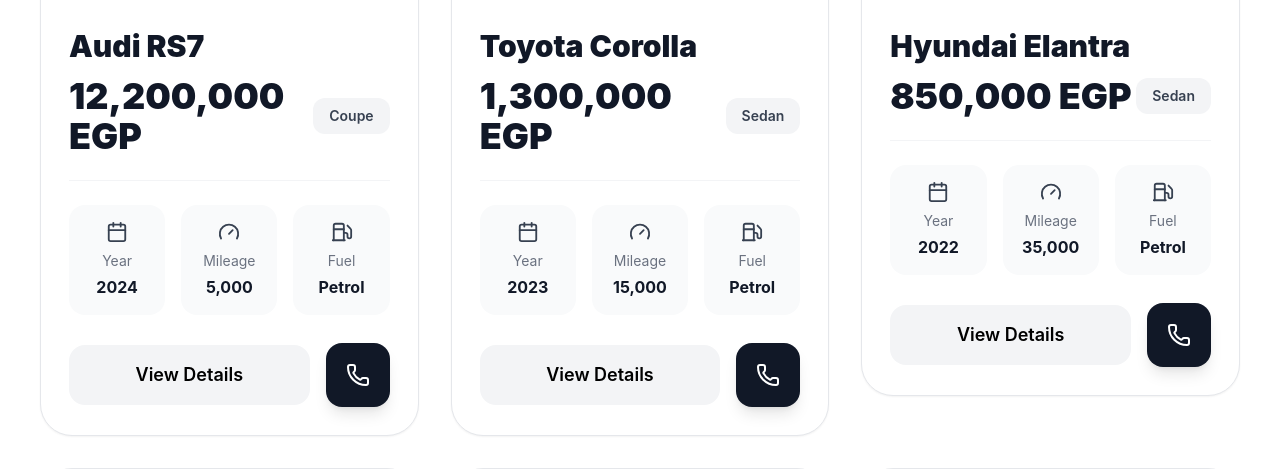
Repository: Hazem-Amr/Car-Price-Prediction
Page: / (app in frontend/)
An editor plug-in stored every save of this project. The page is shown before and after the next save, followed by the edit.
The browser window is 1280 px wide. The pictures show the part of the page from y = 2647 to 3116 px (the page is 7592 px tall).
Pictures or frames that could not be fetched are drawn as grey boxes. The project was rebuilt for these pictures with package versions that can differ from the ones it lists, and the page was loaded fresh each time. Also part of the build but not shown: frontend/vite.config.js, frontend/src/components/PricePredictorSection.jsx, frontend/src/data/userListings.js, frontend/src/components/CarsFilter.jsx, frontend/src/pages/Cars.jsx, frontend/src/pages/CarDetails.jsx, frontend/src/pages/Brands.jsx, frontend/src/pages/About.jsx and 5 more.

Above is the page before, as saved 2026-05-27 23:29:51.

### frontend/index.html
<!doctype html>
<html lang="en">
  <head>
    <meta charset="UTF-8" />
    <link rel="icon" type="image/svg+xml" href="/favicon.svg" />
    <meta name="viewport" content="width=device-width, initial-scale=1.0" />
    <title>Tara</title>
  </head>
  <body>
    <div id="root"></div>
    <script type="module" src="/src/main.jsx"></script>
  </body>
</html>

### frontend/src/App.jsx
import React from "react";
import { Routes, Route } from "react-router-dom";
import MainLayout from "./layouts/MainLayout";
import Home from "./pages/Home";
import Cars from "./pages/Cars";
import CarDetails from "./pages/CarDetails";
import Brands from "./pages/Brands";
import About from "./pages/About";
import Contact from "./pages/Contact";
import PricePredictor from "./pages/PricePredictor";
import SellCar from "./pages/SellCar";

export default function App() {
  return (
    <Routes>
      <Route path="/" element={<MainLayout />}>
        <Route index element={<Home />} />
        <Route path="/cars" element={<Cars />} />
        <Route path="/cars/:id" element={<CarDetails />} />
        <Route path="/brands" element={<Brands />} />
        <Route path="/price-predictor" element={<PricePredictor />} />
        <Route path="/sell-car" element={<SellCar />} />
        <Route path="/about" element={<About />} />
        <Route path="/contact" element={<Contact />} />
      </Route>
    </Routes>
  );
}

### frontend/src/index.css
@tailwind base;
@tailwind components;
@tailwind utilities;

html,
body,
#root {
  width: 100%;
  min-height: 100%;
  margin: 0;
  padding: 0;
  overflow-x: hidden;
}

body {
  font-family: Inter, sans-serif;
  background: #ffffff;
}

* {
  box-sizing: border-box;
}

### frontend/src/layouts/MainLayout.jsx
import React from "react";
import { Outlet } from "react-router-dom";
import Navbar from "../components/Navbar";
import Footer from "../components/Footer";

export default function MainLayout() {
  return (
    <div className="w-full min-h-screen bg-white overflow-x-hidden">
      <Navbar />

      <main className="w-full">
        <Outlet />
      </main>

      <Footer />
    </div>
  );
}

### frontend/src/pages/Home.jsx
import Hero from "../components/Hero";
import SearchBar from "../components/SearchBar";
import FeaturedCars from "../components/FeaturedCars";
import BrandGrid from "../components/BrandGrid";
import StatsSection from "../components/StatsSection";
import CTASection from "../components/CTASection";
import PricePredictor from "../components/PricePredictorSection";
import BrowseCategories from "../components/BrowseCategories";

export default function Home() {
  return (
    <>
      <Hero />
      <SearchBar />
      <BrowseCategories />
      <FeaturedCars />
      <BrandGrid />
      <StatsSection />
      <CTASection />
    </>
  );
}

### frontend/src/components/Navbar.jsx
import React, { useState } from "react";
import { Link, NavLink } from "react-router-dom";
import { Menu, X } from "lucide-react";
import logo from "../assets/logo.png";

const navLinks = [
  {
    name: "Home",
    path: "/",
  },

  {
    name: "Cars",
    path: "/cars",
  },

  {
    name: "Brands",
    path: "/brands",
  },

  {
    name: "AI Pricing",
    path: "/price-predictor",
  },

  {
    name: "About",
    path: "/about",
  },

  {
    name: "Contact",
    path: "/contact",
  },
];

export default function Navbar() {
  const [isOpen, setIsOpen] = useState(false);

  return (
    <header className="fixed top-0 left-0 w-full z-50 bg-white/90 backdrop-blur-xl border-b border-gray-100">
      <div className="max-w-[1400px] mx-auto px-6 md:px-10">
        <div className="flex items-center justify-between h-24">
          {/* Logo */}
          <Link to="/" className="flex items-center">
            <img src={logo} alt="Tara Logo" className="h-14 object-contain" />
          </Link>

          {/* Desktop Nav */}
          <nav className="hidden lg:flex items-center gap-10">
            {navLinks.map((link) => (
              <NavLink
                key={link.name}
                to={link.path}
                className={({ isActive }) =>
                  `text-lg font-semibold transition-all duration-300 ${
                    isActive
                      ? "text-gray-900"
                      : "text-gray-500 hover:text-gray-900"
                  }`
                }
              >
                {link.name}
              </NavLink>
            ))}

            {/* CTA */}
            <Link to="/sell-car">
              <button className="bg-gray-900 hover:bg-black text-white px-7 py-3 rounded-2xl font-semibold transition-all duration-300 shadow-lg">
                Sell Your Car
              </button>
            </Link>
          </nav>

          {/* Mobile Menu Button */}
          <button
            onClick={() => setIsOpen(!isOpen)}
            className="lg:hidden w-12 h-12 rounded-2xl bg-gray-100 flex items-center justify-center"
          >
            {isOpen ? (
              <X size={26} className="text-gray-900" />
            ) : (
              <Menu size={26} className="text-gray-900" />
            )}
          </button>
        </div>
      </div>

      {/* Mobile Menu */}
      {isOpen && (
        <div className="lg:hidden bg-white border-t border-gray-100 shadow-xl">
          <div className="px-6 py-8 flex flex-col gap-5">
            {navLinks.map((link) => (
              <NavLink
                key={link.name}
                to={link.path}
                onClick={() => setIsOpen(false)}
                className={({ isActive }) =>
                  `text-lg font-semibold transition ${
                    isActive
                      ? "text-gray-900"
                      : "text-gray-500 hover:text-gray-900"
                  }`
                }
              >
                {link.name}
              </NavLink>
            ))}

            {/* Mobile CTA */}
            <Link to="/sell-car" onClick={() => setIsOpen(false)}>
              <button className="mt-4 w-full bg-gray-900 hover:bg-black text-white h-14 rounded-2xl font-semibold transition">
                Sell Your Car
              </button>
            </Link>
          </div>
        </div>
      )}
    </header>
  );
}

### frontend/src/components/Hero.jsx
import React from "react";
import { Link } from "react-router-dom";

export default function Hero() {
  return (
    <section className="w-full bg-[#f5f5f7] py-24 overflow-hidden">
      <div className="max-w-[1400px] mx-auto px-6 md:px-10 grid lg:grid-cols-2 gap-16 items-center">
        <div>
          <h1 className="text-6xl font-black leading-tight text-gray-900 mb-8">
            Find Your
            <br />
            Perfect Car
          </h1>

          <p className="text-xl text-gray-600 leading-9 mb-10">
            Buy and sell used cars easily with a modern marketplace experience.
          </p>

          <Link to="/cars">
            <button className="bg-[#111827] hover:bg-black text-white px-8 py-5 rounded-2xl text-lg font-semibold transition-all duration-300 shadow-lg">
              Browse Cars
            </button>
          </Link>
        </div>

        <div>
          <img
            src="https://images.unsplash.com/photo-1492144534655-ae79c964c9d7"
            alt="car"
            className="w-full h-[500px] object-cover rounded-[40px] shadow-2xl"
          />
        </div>
      </div>
    </section>
  );
}

### frontend/src/components/SearchBar.jsx
import React, { useState } from "react";
import { Search } from "lucide-react";
import { useNavigate } from "react-router-dom";

import { cars } from "../data/cars";

export default function SearchBar() {
  const [search, setSearch] = useState("");
  const [brand, setBrand] = useState("");

  const navigate = useNavigate();

  // Dynamic Brands From cars.js
  const brands = [...new Set(cars.map((car) => car.name.split(" ")[0]))];

  // Handle Search
  const handleSearch = () => {
    navigate(
      `/cars?search=${encodeURIComponent(
        search,
      )}&brand=${encodeURIComponent(brand)}`,
    );
  };

  return (
    <section className="relative -mt-16 z-20">
      <div className="max-w-[1200px] mx-auto px-6">
        {/* Container */}
        <div className="bg-white rounded-[32px] shadow-2xl border border-gray-100 p-6 md:p-8">
          {/* Search Grid */}
          <div className="grid grid-cols-1 md:grid-cols-4 gap-5 items-center">
            {/* Search Input */}
            <div className="md:col-span-2">
              <input
                type="text"
                placeholder="Search cars..."
                value={search}
                onChange={(e) => setSearch(e.target.value)}
                onKeyDown={(e) => e.key === "Enter" && handleSearch()}
                className="w-full h-16 rounded-2xl border border-gray-200 px-6 text-lg outline-none focus:border-gray-900 transition"
              />
            </div>

            {/* Dynamic Brand Select */}
            <select
              value={brand}
              onChange={(e) => setBrand(e.target.value)}
              className="h-16 rounded-2xl border border-gray-200 px-5 text-lg outline-none focus:border-gray-900 transition bg-white"
            >
              <option value="">Brand</option>

              {brands.map((brandName) => (
                <option key={brandName} value={brandName}>
                  {brandName}
                </option>
              ))}
            </select>

            {/* Search Button */}
            <button
              onClick={handleSearch}
              className="h-16 rounded-2xl bg-gray-900 hover:bg-black transition text-white font-semibold text-lg flex items-center justify-center gap-3 shadow-lg"
            >
              <Search size={22} />
              Search
            </button>
          </div>

          {/* Bottom Filters */}
          <div className="flex flex-wrap items-center gap-4 mt-6">
            <button
              onClick={() => navigate("/cars?search=suv")}
              className="px-5 py-2 rounded-full bg-gray-100 hover:bg-gray-900 hover:text-white transition font-medium"
            >
              SUV
            </button>

            <button
              onClick={() => navigate("/cars?search=sedan")}
              className="px-5 py-2 rounded-full bg-gray-100 hover:bg-gray-900 hover:text-white transition font-medium"
            >
              Sedan
            </button>

            <button
              onClick={() => navigate("/cars?search=automatic")}
              className="px-5 py-2 rounded-full bg-gray-100 hover:bg-gray-900 hover:text-white transition font-medium"
            >
              Automatic
            </button>

            <button
              onClick={() => navigate("/cars")}
              className="px-5 py-2 rounded-full bg-gray-100 hover:bg-gray-900 hover:text-white transition font-medium"
            >
              Used Cars
            </button>
          </div>
        </div>
      </div>
    </section>
  );
}

### frontend/src/components/FeaturedCars.jsx
import React, { useState } from "react";
import { Link } from "react-router-dom";
import CarCard from "./CarCard";
import { cars } from "../data/cars";

const tabs = [
  {
    id: "all",
    label: "Featured Cars",
  },

  {
    id: "latest",
    label: "Latest Listings",
  },

  {
    id: "luxury",
    label: "Luxury Cars",
  },

  {
    id: "budget",
    label: "Budget Cars",
  },
];

export default function FeaturedCars() {
  const [activeTab, setActiveTab] = useState("all");

  const filteredCars =
    activeTab === "all"
      ? cars
      : cars.filter((car) => car.category === activeTab);

  return (
    <section className="py-24 bg-white">
      <div className="max-w-[1400px] mx-auto px-6 md:px-10">
        {/* Header */}
        <div className="flex flex-col lg:flex-row lg:items-center lg:justify-between gap-8 mb-14">
          {/* Title */}
          <div>
            <h2 className="text-5xl font-black text-gray-900 mb-4">
              Explore Cars
            </h2>

            <p className="text-xl text-gray-500">
              Discover premium listings tailored for you
            </p>
          </div>

          {/* Tabs */}
          <div className="flex flex-wrap gap-4">
            {tabs.map((tab) => (
              <button
                key={tab.id}
                onClick={() => setActiveTab(tab.id)}
                className={`px-6 py-3 rounded-2xl font-semibold transition-all duration-300 ${
                  activeTab === tab.id
                    ? "bg-gray-900 text-white shadow-lg"
                    : "bg-gray-100 text-gray-700 hover:bg-gray-100 hover:text-gray-900"
                }`}
              >
                {tab.label}
              </button>
            ))}
          </div>
        </div>

        {/* Cars Grid */}
        <div className="grid grid-cols-1 md:grid-cols-2 xl:grid-cols-3 gap-8">
          {filteredCars.map((car) => (
            <div
              key={car.id}
              className="hover:-translate-y-2 transition duration-300"
            >
              <CarCard car={car} />
            </div>
          ))}
        </div>

        {/* Bottom CTA */}
        <div className="flex justify-center mt-16">
          <Link to="/cars">
            <button className="bg-gray-100 hover:bg-gray-900 hover:text-white transition-all duration-300 px-8 py-4 rounded-2xl font-semibold text-lg">
              View All Cars
            </button>
          </Link>
        </div>
      </div>
    </section>
  );
}

### frontend/src/components/StatsSection.jsx
import React from "react";
import { Car, Users, BadgeCheck, Headphones } from "lucide-react";

const stats = [
  {
    value: "25K+",
    label: "Cars Listed",
    icon: Car,
  },
  {
    value: "10K+",
    label: "Happy Clients",
    icon: Users,
  },
  {
    value: "120+",
    label: "Brands",
    icon: BadgeCheck,
  },
  {
    value: "24/7",
    label: "Support",
    icon: Headphones,
  },
];

export default function StatsSection() {
  return (
    <section className="py-24 bg-[#f5f5f7]">
      <div className="max-w-[1400px] mx-auto px-6 md:px-10">
        {/* Header */}
        <div className="text-center mb-16">
          <h2 className="text-5xl font-black text-gray-900 mb-5">
            Trusted By Thousands
          </h2>

          <p className="text-xl text-gray-500">
            Egypt's leading car marketplace platform
          </p>
        </div>

        {/* Stats */}
        <div className="grid grid-cols-1 sm:grid-cols-2 lg:grid-cols-4 gap-8">
          {stats.map((item) => {
            const Icon = item.icon;

            return (
              <div
                key={item.label}
                className="bg-white rounded-3xl p-10 shadow-sm border border-gray-100 hover:shadow-2xl hover:-translate-y-2 transition-all duration-300"
              >
                {/* Icon */}
                <div className="w-16 h-16 rounded-2xl bg-gray-100 flex items-center justify-center mb-8">
                  <Icon size={32} className="text-gray-900" />
                </div>

                {/* Number */}
                <h3 className="text-5xl font-black text-gray-900 mb-4">
                  {item.value}
                </h3>

                {/* Label */}
                <p className="text-gray-500 text-lg">{item.label}</p>
              </div>
            );
          })}
        </div>
      </div>
    </section>
  );
}

### frontend/src/components/CTASection.jsx
import React from "react";
import { Link } from "react-router-dom";
import ctaCar from "../assets/cta-car.png";

export default function CTASection() {
  return (
    <section className="py-24 bg-white overflow-hidden">
      <div className="max-w-[1400px] mx-auto px-6 md:px-10">
        {/* CTA Card */}
        <div className="relative overflow-hidden rounded-[40px] bg-gradient-to-br from-[#0f172a] via-[#111827] to-[#1e293b] px-10 py-20 md:px-20">
          {/* Background Glow */}
          <div className="absolute top-0 right-0 w-[500px] h-[500px] bg-blue-500/10 rounded-full blur-3xl"></div>

          {/* Grid */}
          <div className="relative z-10 grid lg:grid-cols-2 gap-10 items-center">
            {/* LEFT CONTENT */}
            <div>
              {/* Badge */}
              <div className="inline-flex items-center gap-2 bg-white/10 backdrop-blur px-5 py-2 rounded-full text-white text-sm font-medium mb-8">
                Premium Marketplace
              </div>

              {/* Heading */}
              <h2 className="text-5xl md:text-6xl font-black text-white leading-tight mb-8">
                Ready To Find
                <br />
                Your Dream Car?
              </h2>

              {/* Text */}
              <p className="text-xl text-gray-300 leading-9 mb-12 max-w-2xl">
                Browse thousands of verified premium listings from trusted
                dealers across Egypt.
              </p>

              {/* Buttons */}
              <div className="flex flex-wrap gap-5">
                {/* Explore Cars */}
                <Link to="/cars">
                  <button className="bg-white text-gray-900 hover:bg-gray-200 transition-all duration-300 px-8 py-5 rounded-2xl text-lg font-semibold shadow-xl">
                    Explore Cars
                  </button>
                </Link>

                {/* Sell Your Car */}
                <Link to="/sell-car">
                  <button className="bg-white/10 hover:bg-white hover:text-gray-900 text-white transition-all duration-300 px-8 py-5 rounded-2xl text-lg font-semibold backdrop-blur border border-white/10">
                    Sell Your Car
                  </button>
                </Link>
              </div>
            </div>

            {/* RIGHT SIDE */}
            <div className="relative hidden lg:flex items-center justify-center">
              {/* Large Glow */}
              <div className="absolute w-[500px] h-[500px] bg-blue-500/20 blur-3xl rounded-full"></div>

              {/* Car PNG */}
              <img
                src={ctaCar}
                alt="Luxury Car"
                className="relative z-10 w-[720px] object-contain drop-shadow-[0_40px_80px_rgba(0,0,0,0.55)] hover:scale-105 transition duration-700"
              />

              {/* Floating Card */}
              <div className="absolute bottom-10 left-0 bg-white rounded-3xl px-6 py-5 shadow-2xl z-20">
                <p className="text-gray-500 text-sm mb-1">Premium Listings</p>

                <h3 className="text-4xl font-black text-gray-900">25K+</h3>
              </div>

              {/* Floating Badge */}
              <div className="absolute top-16 right-10 bg-white/10 backdrop-blur border border-white/10 text-white px-5 py-3 rounded-2xl z-20">
                Verified Dealers
              </div>
            </div>
          </div>
        </div>
      </div>
    </section>
  );
}

### frontend/src/data/cars.js
export const cars = [
  {
    id: 1,
    name: "BMW X5 2024",
    price: "6,850,000 EGP",
    image:
      "https://media.ed.edmunds-media.com/bmw/x5/2024/oem/2024_bmw_x5_4dr-suv_xdrive40i_fq_oem_1_815.jpg",
    year: 2024,
    km: "10,000",
    transmission: "Automatic",
    bodyType: "SUV",
    fuelType: "Petrol",
    color: "Blue",
    condition: "Excellent",
    phone: "+201012345678",
  },

  {
    id: 2,
    name: "Mercedes C200",
    price: "4,200,000 EGP",
    image:
      "https://legion-images.hatla2ee.com/original_image/3497b43a-1a5c-475b-a8b5-821b7f71e9b2/large.jpg",
    year: 2023,
    km: "20,000",
    transmission: "Automatic",
    bodyType: "Sedan",
    fuelType: "Petrol",
    color: "Silver",
    condition: "Excellent",
    phone: "+201098765432",
  },

  {
    id: 3,
    name: "Kia Sportage",
    price: "1,850,000 EGP",
    image: "https://cdn.motor1.com/images/mgl/133GM/s1/2022-kia-sportage.jpg",
    year: 2022,
    km: "40,000",
    transmission: "Automatic",
    bodyType: "SUV",
    fuelType: "Petrol",
    color: "Dark blue",
    condition: "Good",
    phone: "+201011122233",
  },

  {
    id: 4,
    name: "Audi RS7",
    price: "12,200,000 EGP",
    image:
      "https://platform.cstatic-images.com/in/v2/stock_photos/72330740-8105-498b-987c-46354017d84c/c6452ec9-9a91-4b72-b6c9-63858634519f.png",
    year: 2024,
    km: "5,000",
    transmission: "Automatic",
    bodyType: "Coupe",
    fuelType: "Petrol",
    color: "white",
    condition: "Excellent",
    phone: "+201055566677",
  },

  {
    id: 5,
    name: "Toyota Corolla",
    price: "1,300,000 EGP",
    image:
      "https://hips.hearstapps.com/mtg-prod/65a4c115adb8a40008364496/015-2023-toyota-corolla-hybrid-in-action.jpg",
    year: 2023,
    km: "15,000",
    transmission: "Automatic",
    bodyType: "Sedan",
    fuelType: "Petrol",
    color: "Magnetic gray",
    condition: "Excellent",
    phone: "+201022233344",
  },

  {
    id: 6,
    name: "Hyundai Elantra",
    price: "850,000 EGP",
    image:
      "https://cdn.motor1.com/images/mgl/GxoB1/s1/2022-hyundai-elantra-n.jpg",
    year: 2022,
    km: "35,000",
    transmission: "Automatic",
    bodyType: "Sedan",
    fuelType: "Petrol",
    color: "White",
    condition: "Good",
    phone: "+201077788899",
  },

  {
    id: 7,
    name: "Porsche Cayenne",
    price: "4,100,000 EGP",
    image: "https://images.unsplash.com/photo-1502161254066-6c74afbf07aa",
    year: 2024,
    km: "2,000",
    transmission: "Automatic",
    bodyType: "SUV",
    fuelType: "Petrol",
    color: "Black",
    condition: "Excellent",
    phone: "+201066677788",
  },

  {
    id: 8,
    name: "Range Rover Sport",
    price: "5,300,000 EGP",
    image: "https://images.unsplash.com/photo-1511919884226-fd3cad34687c",
    year: 2024,
    km: "1,000",
    transmission: "Automatic",
    bodyType: "SUV",
    fuelType: "Hybrid",
    color: "White",
    condition: "Excellent",
    phone: "+201044455566",
  },

  {
    id: 9,
    name: "Nissan Sunny",
    price: "690,000 EGP",
    image: "https://images.unsplash.com/photo-1489824904134-891ab64532f1",
    year: 2021,
    km: "55,000",
    transmission: "Automatic",
    bodyType: "Sedan",
    fuelType: "Petrol",
    color: "Silver",
    condition: "Fair",
    phone: "+201099988877",
  },

  {
    id: 10,
    name: "Chevrolet Captiva",
    price: "980,000 EGP",
    image: "https://images.unsplash.com/photo-1494976388531-d1058494cdd8",
    year: 2023,
    km: "18,000",
    transmission: "Automatic",
    bodyType: "SUV",
    fuelType: "Petrol",
    color: "Gray",
    condition: "Excellent",
    phone: "+201033344455",
  },

  {
    id: 11,
    name: "Tesla Model S",
    price: "3,900,000 EGP",
    image: "https://images.unsplash.com/photo-1503736334956-4c8f8e92946d",
    year: 2024,
    km: "3,000",
    transmission: "Automatic",
    bodyType: "Sedan",
    fuelType: "Electric",
    color: "Black",
    condition: "Excellent",
    phone: "+201088899900",
  },

  {
    id: 12,
    name: "Volkswagen Golf GTI",
    price: "1,450,000 EGP",
    image: "https://images.unsplash.com/photo-1544636331-e26879cd4d9b",
    year: 2022,
    km: "25,000",
    transmission: "Automatic",
    bodyType: "Hatchback",
    fuelType: "Petrol",
    color: "Red",
    condition: "Good",
    phone: "+201011199988",
  },
];

Loaded but not shown: frontend/src/main.jsx (common file); frontend/tailwind.config.js (common file); frontend/src/components/BrandGrid.jsx (154 lines, source omitted); frontend/src/components/Footer.jsx (125 lines, source omitted); frontend/src/components/CarCard.jsx (112 lines, source omitted); frontend/src/components/BrowseCategories.jsx (160 lines, source omitted)

After the next save:
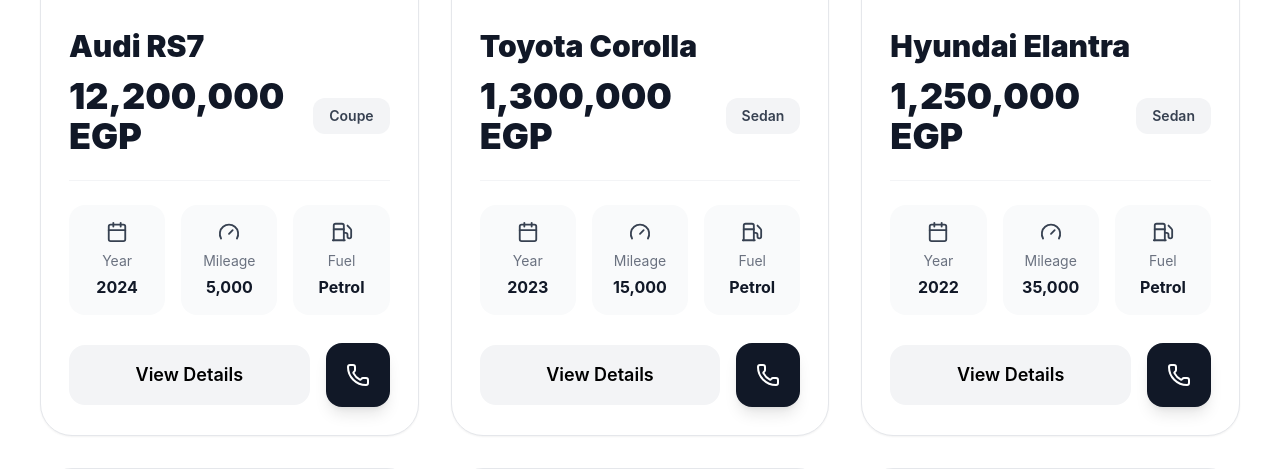
Saved 37 s later.
--- a/frontend/src/data/cars.js
+++ b/frontend/src/data/cars.js
@@ -81,7 +81,7 @@
   {
     id: 6,
     name: "Hyundai Elantra",
-    price: "850,000 EGP",
+    price: "1,250,000 EGP",
     image:
       "https://cdn.motor1.com/images/mgl/GxoB1/s1/2022-hyundai-elantra-n.jpg",
     year: 2022,
